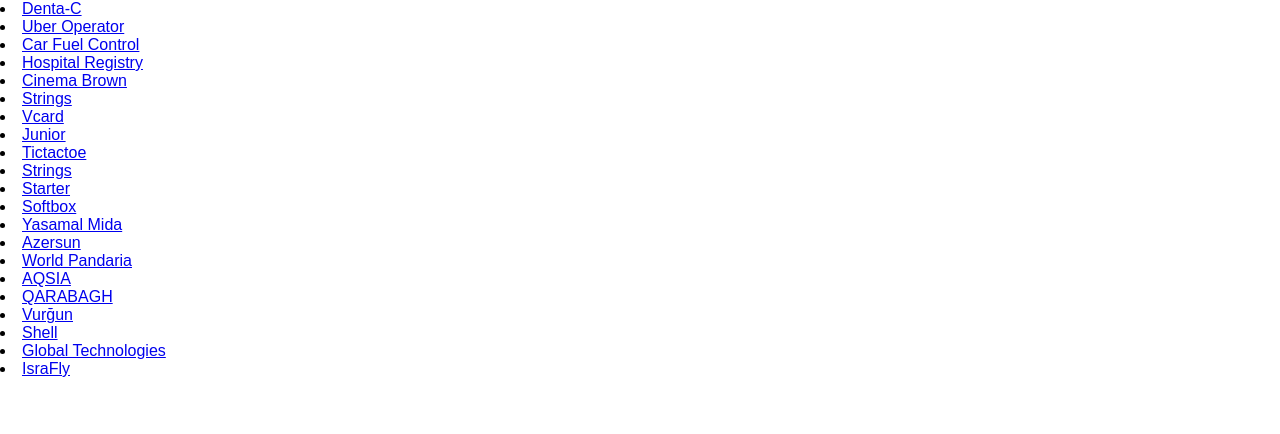
Repository: cavidann/react-blog
Page: / (app in react-blog/)
An editor plug-in stored every save of this project. The page is shown before and after the next save, followed by the edit.
The browser window is 1280 px wide. The pictures show the whole page.
The project was rebuilt for these pictures with package versions that can differ from the ones it lists, and the page was loaded fresh each time. Also part of the build but not shown: react-blog/src/App.css, react-blog/src/Blog/Blog.js.

Above is the page before, as saved 2018-08-20 11:26:35.

After the next save:
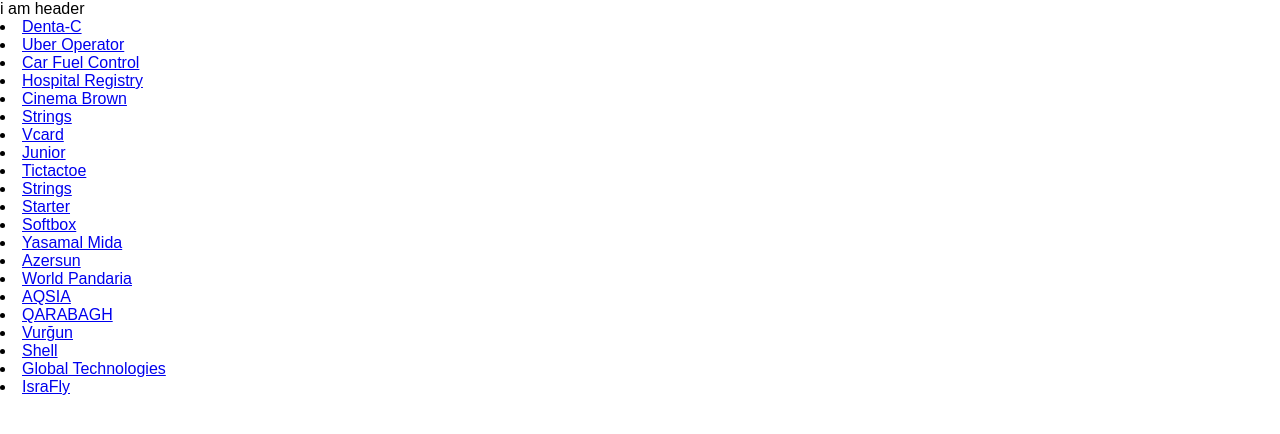
Saved 29 s later.
--- a/react-blog/src/Header/Header.js
+++ b/react-blog/src/Header/Header.js
@@ -7,15 +7,7 @@
     render() {
         return (
             <div>
-                {/* {
-                    cv.portfolio.content.map((item)=> {
-                        return(
-                        <li key={item.id}>
-                            <NavLink to={'/'+item.name}>{item.name}</NavLink>
-                        </li>
-                        )
-                    })
-                } */}
+                i am header
             </div>
 
         )
